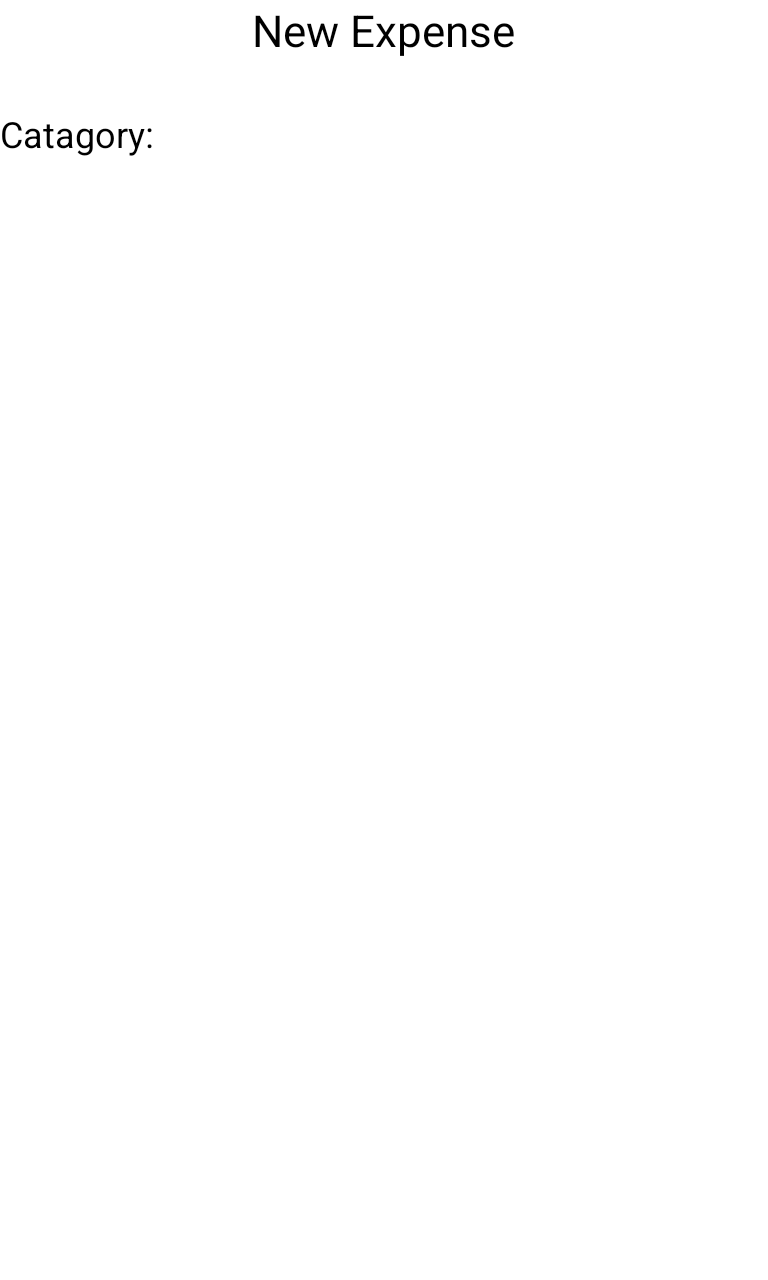
Repository: ReverseOni/Assignment1
Layout: MamesserAssign1/res/layout/new_expense.xml
The author's editor kept a copy of each file at every save. The layout is drawn from the files as they stood at one save, then again after the next save.
It is drawn on a 768 x 1280 px phone screen (xhdpi) without system bars, with theme AppTheme; the app's code is not run. Lists and similar views that code fills are empty.

Above is the layout before, as saved 2015-01-24 19:18:20.

### MamesserAssign1/res/layout/new_expense.xml
<?xml version="1.0" encoding="utf-8"?>
<RelativeLayout xmlns:android="http://schemas.android.com/apk/res/android"
    android:layout_width="match_parent"
    android:layout_height="match_parent" >

    <TextView
        android:id="@+id/NewExpenseTitle"
        android:layout_width="wrap_content"
        android:layout_height="wrap_content"
        android:layout_alignParentTop="true"
        android:layout_centerHorizontal="true"
        android:text="New Expense"
        android:textAppearance="?android:attr/textAppearanceLarge" />

    <TextView
        android:id="@+id/CategoryTitle"
        android:layout_width="wrap_content"
        android:layout_height="wrap_content"
        android:layout_alignParentLeft="true"
        android:layout_below="@+id/NewExpenseTitle"
        android:layout_marginTop="25dp"
        android:text="Catagory:"
        android:textAppearance="?android:attr/textAppearanceMedium" />

</RelativeLayout>

Loaded but not shown: MamesserAssign1/res/values/styles.xml (common file); MamesserAssign1/res/values-v11/styles.xml (common file); MamesserAssign1/res/values-v14/styles.xml (common file)

After the next save:
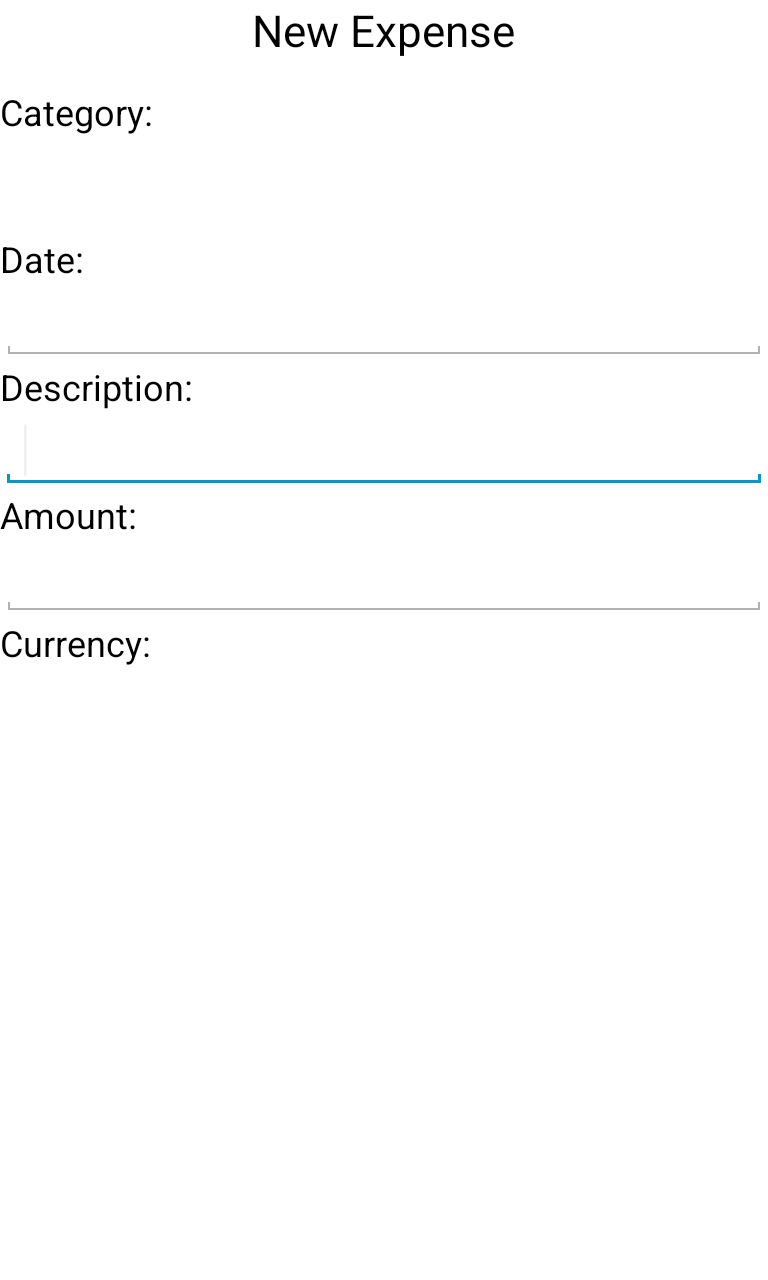
Saved 13 min 4 s later.
--- a/MamesserAssign1/res/layout/new_expense.xml
+++ b/MamesserAssign1/res/layout/new_expense.xml
@@ -12,14 +12,93 @@
         android:text="New Expense"
         android:textAppearance="?android:attr/textAppearanceLarge" />
 
+    <EditText
+        android:id="@+id/editText1"
+        android:layout_width="wrap_content"
+        android:layout_height="wrap_content"
+        android:layout_alignParentLeft="true"
+        android:layout_alignParentRight="true"
+        android:layout_below="@+id/DateTitleAddExpense"
+        android:ems="10"
+        android:inputType="date" />
+
     <TextView
         android:id="@+id/CategoryTitle"
         android:layout_width="wrap_content"
         android:layout_height="wrap_content"
         android:layout_alignParentLeft="true"
         android:layout_below="@+id/NewExpenseTitle"
-        android:layout_marginTop="25dp"
-        android:text="Catagory:"
+        android:layout_marginTop="14dp"
+        android:text="Category:"
+        android:textAppearance="?android:attr/textAppearanceMedium" />
+
+    <EditText
+        android:id="@+id/editText3"
+        android:layout_width="wrap_content"
+        android:layout_height="wrap_content"
+        android:layout_alignParentLeft="true"
+        android:layout_alignParentRight="true"
+        android:layout_below="@+id/AmountTitle"
+        android:ems="10"
+        android:inputType="numberDecimal" />
+
+    <EditText
+        android:id="@+id/editText4"
+        android:layout_width="wrap_content"
+        android:layout_height="wrap_content"
+        android:layout_alignParentLeft="true"
+        android:layout_alignParentRight="true"
+        android:layout_below="@+id/DescriptionTitle"
+        android:ems="10" >
+
+        <requestFocus />
+    </EditText>
+
+    <TextView
+        android:id="@+id/DateTitleAddExpense"
+        android:layout_width="wrap_content"
+        android:layout_height="wrap_content"
+        android:layout_alignParentLeft="true"
+        android:layout_below="@+id/CategoryTitle"
+        android:layout_marginTop="49dp"
+        android:text="Date:"
+        android:textAppearance="?android:attr/textAppearanceMedium" />
+
+    <TextView
+        android:id="@+id/DescriptionTitle"
+        android:layout_width="wrap_content"
+        android:layout_height="wrap_content"
+        android:layout_alignParentLeft="true"
+        android:layout_below="@+id/editText1"
+        android:text="Description:"
+        android:textAppearance="?android:attr/textAppearanceMedium" />
+
+    <TextView
+        android:id="@+id/AmountTitle"
+        android:layout_width="wrap_content"
+        android:layout_height="wrap_content"
+        android:layout_alignParentLeft="true"
+        android:layout_below="@+id/editText4"
+        android:text="Amount:"
+        android:textAppearance="?android:attr/textAppearanceMedium" />
+
+    <ExpandableListView
+        android:id="@+id/expandableListView1"
+        android:layout_width="match_parent"
+        android:layout_height="wrap_content"
+        android:layout_alignBottom="@+id/DateTitleAddExpense"
+        android:layout_alignParentLeft="true"
+        android:layout_below="@+id/CategoryTitle" >
+
+    </ExpandableListView>
+
+    <TextView
+        android:id="@+id/CurrencyTitle"
+        android:layout_width="wrap_content"
+        android:layout_height="wrap_content"
+        android:layout_alignParentLeft="true"
+        android:layout_below="@+id/editText3"
+        android:text="Currency:"
         android:textAppearance="?android:attr/textAppearanceMedium" />
 
 </RelativeLayout>
